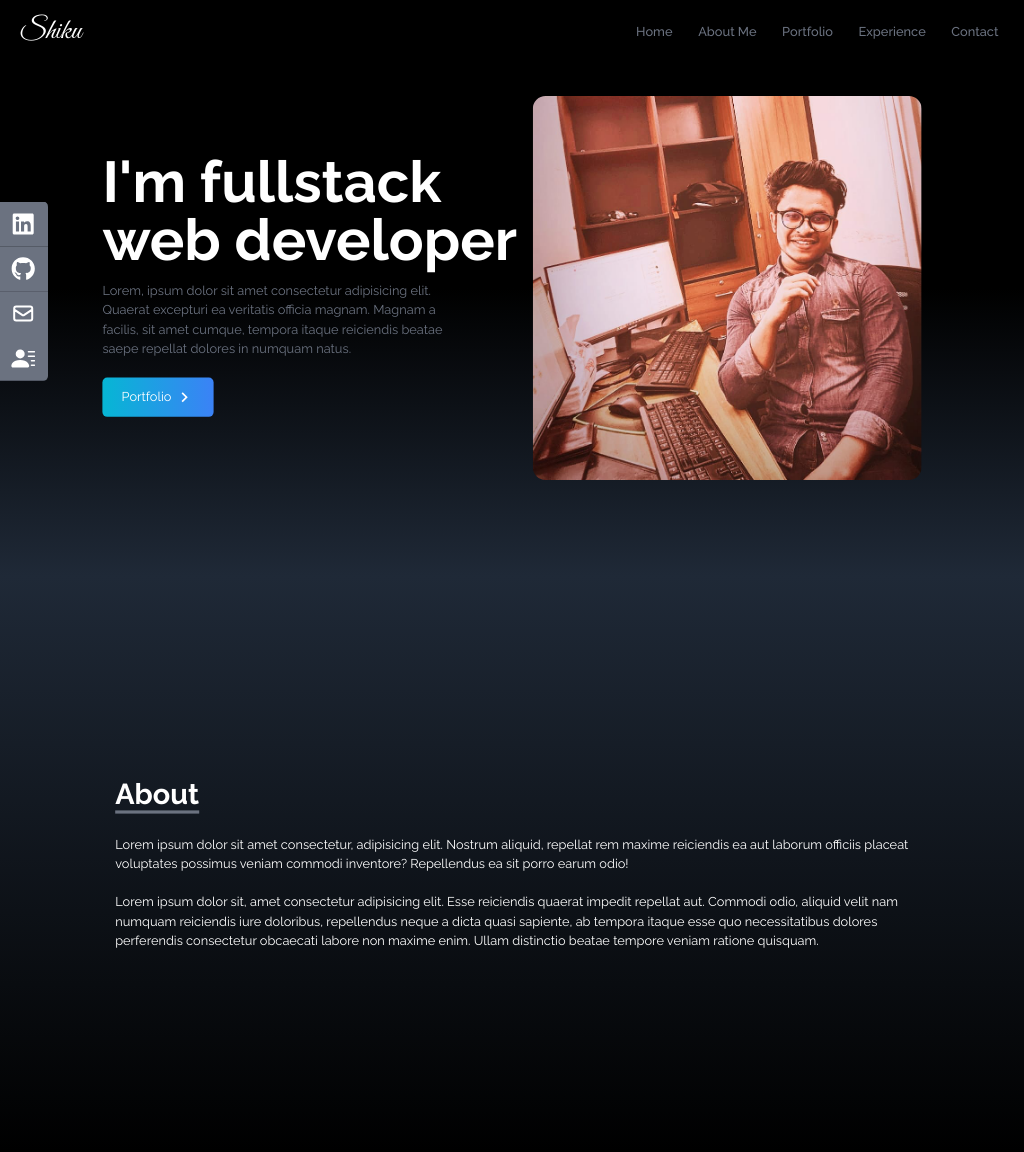
Repository: shikubro90/portfolio2
Page: /
The author's editor kept a copy of each file at every save. The page is drawn from the files as they stood at one save, then again after a run of saves.
The browser window is 1280 px wide. The pictures show the whole page, at 80% of full size.
The project was rebuilt for these pictures with package versions that can differ from the ones it lists, and the page was loaded fresh each time. Imported but missing from the stored project, and not drawn on this page: src/assets/CV.pdf.

Above is the page before, as saved 2022-08-26 13:52:39.

After the next 4 saves:
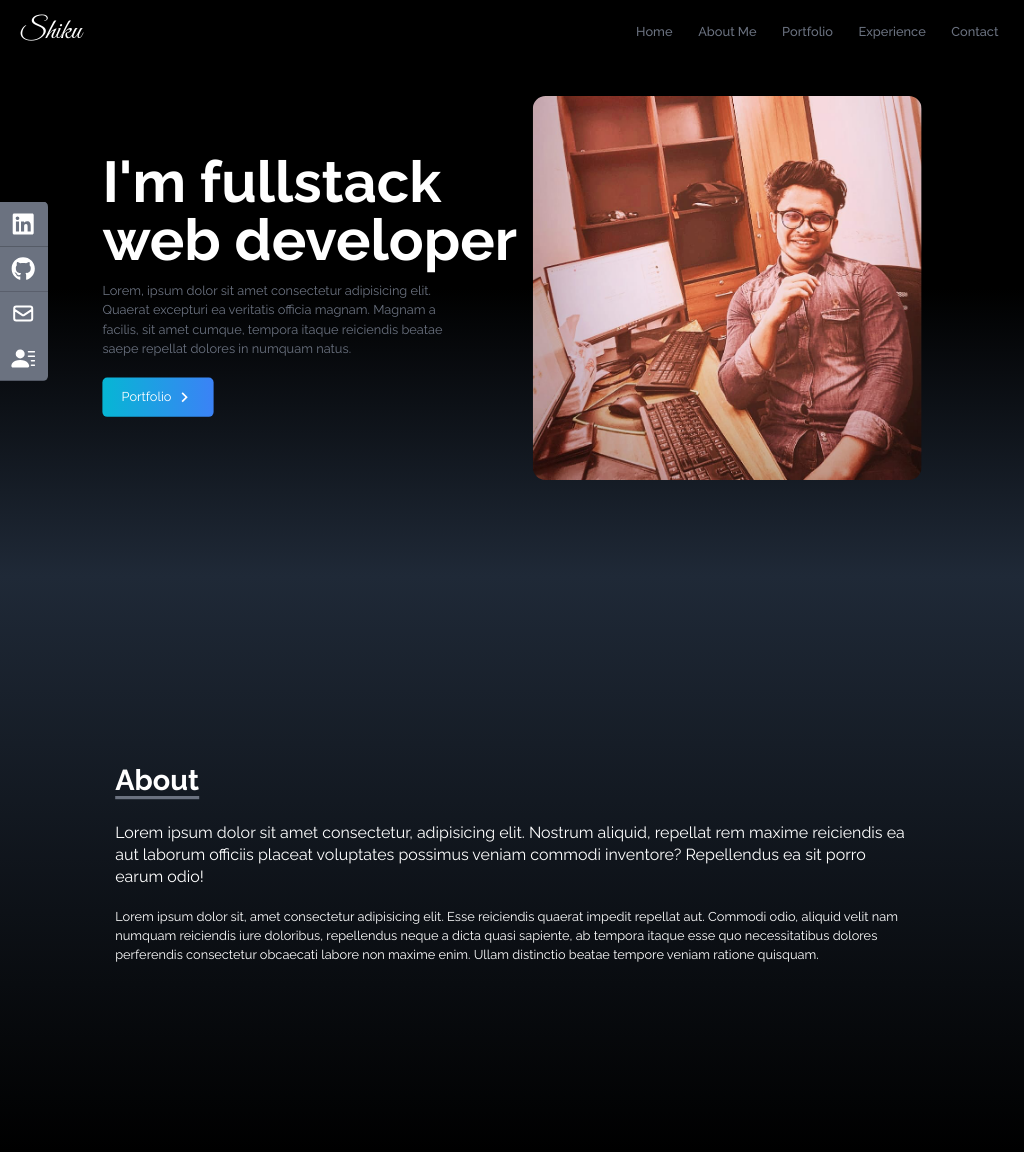
The 4 saves are shown as one change because they came seconds apart.
The last was saved 50 s later.
--- a/src/components/About.jsx
+++ b/src/components/About.jsx
@@ -7,7 +7,7 @@ const About = () => {
         <div className='pb-8'>
           <p className='text-4xl font-bold inline border-b-4 border-gray-500'>About</p>
         </div>
-        <p>
+        <p className='text-xl'>
           Lorem ipsum dolor sit amet consectetur, adipisicing elit. Nostrum aliquid, repellat rem maxime reiciendis ea aut laborum officiis placeat voluptates possimus veniam commodi inventore? Repellendus ea sit porro earum odio!
         </p>
 
